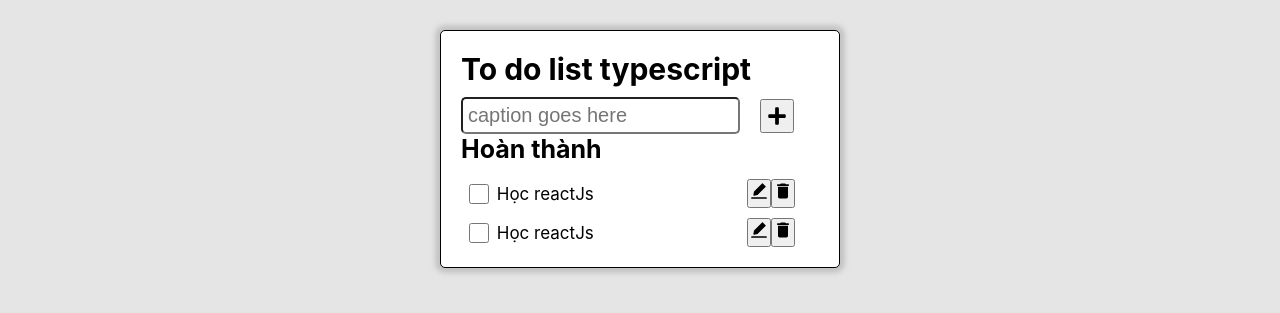
Repository: Nhatktvn/TodoListReactTs
Page: /
These files come from the project's save history. The page is drawn as it stood at one moment and after the next save; the edit follows.
The browser window is 1280 px wide. The pictures show the whole page.
The project was rebuilt for these pictures with package versions that can differ from the ones it lists, and the page was loaded fresh each time.

Above is the page before, as saved 2023-11-08 09:08:08.

After the next save:
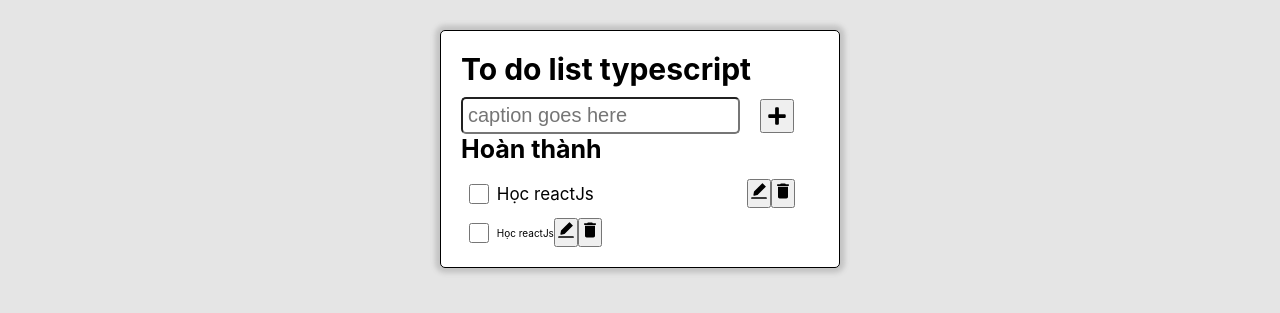
Saved 9 s later.
--- a/src/components/TaskList/tasklist.module.scss
+++ b/src/components/TaskList/tasklist.module.scss
@@ -15,7 +15,7 @@
       max-width: 10%;
       height: 2rem;
     }
-    span {
+    .taskName {
       flex: 0 0 70%;
       max-width: 70%;
       font-size: 1.7rem;
